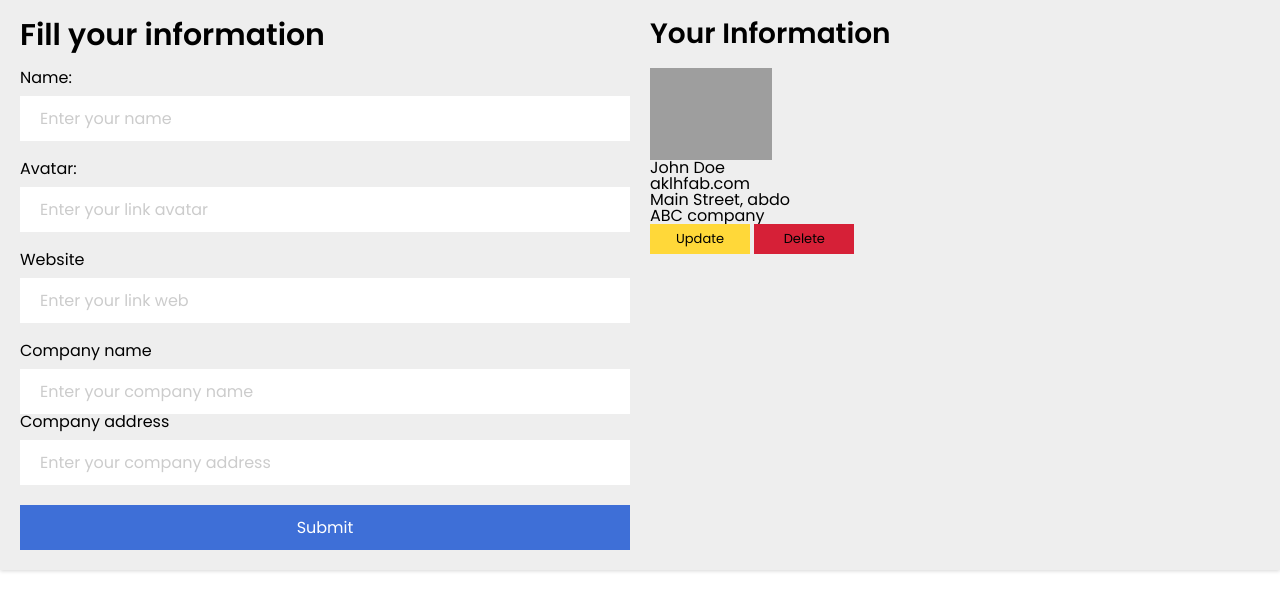
Repository: nttthao9/management
Page: index.html
These files come from the project's save history. The page is drawn as it stood at one moment and after the next save; the edit follows.
The browser window is 1280 px wide. The pictures show the whole page.
Pictures or frames that could not be fetched are drawn as grey boxes. Some web libraries are served in a nearby version.

Above is the page before, as saved 2021-10-13 10:47:04.

### index.html
<!DOCTYPE html>
<html lang="en">

<head>
  <meta charset="UTF-8">
  <meta http-equiv="X-UA-Compatible" content="IE=edge">
  <meta name="viewport" content="width=device-width, initial-scale=1.0">
  <title>Promise</title>
  <link rel="preconnect" href="https://fonts.googleapis.com">
  <link rel="preconnect" href="https://fonts.gstatic.com" crossorigin>
  <link href="https://fonts.googleapis.com/css2?family=Poppins:wght@300;400;500;600&display=swap" rel="stylesheet">
  <link rel="stylesheet" href="https://cdnjs.cloudflare.com/ajax/libs/font-awesome/5.1.0-11/css/all.css"
    integrity="sha512-xO/VZFNBvip9IT+BD6Nq/pHdBvKeFcwygKqARlegjQ+5A68KsMSYrPbGP1oYow5ec9Tqq8peJXcn5J1bD4O00w=="
    crossorigin="anonymous" referrerpolicy="no-referrer" />
  <link rel="stylesheet" href="./.vscode/style.css">
</head>

<body>
  <div class="container">
    <div class="fill-infor">
      <form action="" id="form" autocomplete="off">
        <h2 class="form-title">Fill your information</h2>
        <div class="fill fill-name">
          <label for="name">Name:</label>
          <input type="text" id="name" name="name" autocomplete="off" placeholder="Enter your name">
        </div>
        <div class="fill fill-avatar">
          <label for="avatar">Avatar:</label>
          <input type="text" id="avatar" name="avatar" placeholder="Enter your link avatar">
        </div>
        <div class="fill fill-link">
          <label for="link-web">Website</label>
          <input type="link-web" id="link-web" name="link-web" placeholder="Enter your link web">
        </div>
        <div class="fill fill-company">
          <label for="company">Company name</label>
          <input type="text" id="company-name" name="company-name" placeholder="Enter your company name">
          <label for="company">Company address</label>
          <input type="text" id="company-address" name="company-address" placeholder="Enter your company address">
        </div>
        <input type="submit" value="Submit" class="btn-submit">
      </form>
      <div class="manage">
        <h3 class="filled">Your Information</h3>
        <div class="manage-infor">
          <div class="your-image">
            <img src="http://lorempixel.com/640/480/abstract/" alt="">
          </div>
          <div class="your-name">
            <span class="name">John Doe</span>
          </div>
          <div class="your-link">
            <span class="name">aklhfab.com</span>
          </div>
          <div class="your-address">
            <span class="name">Main Street, abdo</span>
          </div>
          <div class="your-company">
            <span class="name">ABC company</span>
          </div>
          <button type="submit" class="btn btn-update">Update</button>
          <button type="submit" class=" btn btn-delete">Delete</button>
        </div>
      </div>
    </div>
  </div>
  <script src="./main.js"></script>
</body>

</html>

### .vscode/style.css
html {
  box-sizing: border-box;
  font-size: 62.5%;
}
* {
  margin: 0;
  padding: 0;
}
*,
*:before,
*:after {
  box-sizing: border-box;
}
input,
textarea,
select,
button {
  outline: none;
}
input {
  line-height: normal;
}
label,
button {
  cursor: pointer;
}
a {
  text-decoration: none;
}
img {
  display: block;
  max-width: 100%;
}
body {
  font-family: 'Poppins', sans-serif;
  line-height: 1;
  font-size: 1.6rem;
}
.container {
  padding: 2rem;
  background-color: #eee;
  box-shadow: rgba(0, 0, 0, 0.16) 0px 1px 4px;
}
.btn {
  padding: 5px 1rem;
  border: 0;
  font-size: 1.3rem;
  font-family: 'Poppins', sans-serif;
  cursor: pointer;
  transition: all 0.25s linear;
  width: 10rem;
}
.btn:hover {
  color: #333;
}
.fill-infor {
  display: flex;
  justify-content: space-between;
}
.image {
  width: 50%;
}
img {
  width: 100%;
}
#form {
  width: 50%;
}
.form-title {
  font-size: 3rem;
  margin-bottom: 2rem;
}
.fill {
  margin-bottom: 2rem;
}
.fill-btn {
  display: flex;
  justify-content: space-between;
}
label,
input {
  display: block;
}
label {
  margin-bottom: 1rem;
}
input {
  width: 100%;
  padding: 1rem 2rem;
  border: 0;
  font-size: 1.6rem;
  font-family: 'Poppins', sans-serif;
  color: #333;
}
input::-webkit-input-placeholder {
  color: #ccc;
}
input::-moz-placeholder {
  color: #ccc;
}
input:-ms-input-placeholder {
  color: #ccc;
}
input::-ms-input-placeholder {
  color: #ccc;
}
input::placeholder {
  color: #ccc;
}
.btn-submit {
  width: 100%;
  font-size: 1.6rem;
  background-color: #3e6fd7;
  color: white;
}
.btn-cancel {
  font-size: 1.6rem;
  background-color: #ee4d2d;
  width: 100%;
  color: white;
}
.manage {
  width: 50%;
  margin-left: 2rem;
}
.infor-item {
  display: flex;
  /* justify-content: space-between; */
  align-items: center;
}
.infor-desc {
  margin: 0 2rem;
}
.infor-desc span {
  display: block;
  margin: 1rem 0;
}
.button {
  margin-left: auto;
}
.filled {
  font-size: 2.8rem;
  margin-bottom: 2rem;
}
.your-image {
  width: 20%;
  /* height: 5rem; */
}

.btn-update {
  background-color: #ffd839;
  margin-bottom: 1rem;
}
.btn-delete {
  background-color: #d62037;
}

Loaded but not shown: main.js (no stored copy; drawn as an empty file)

After the next save:
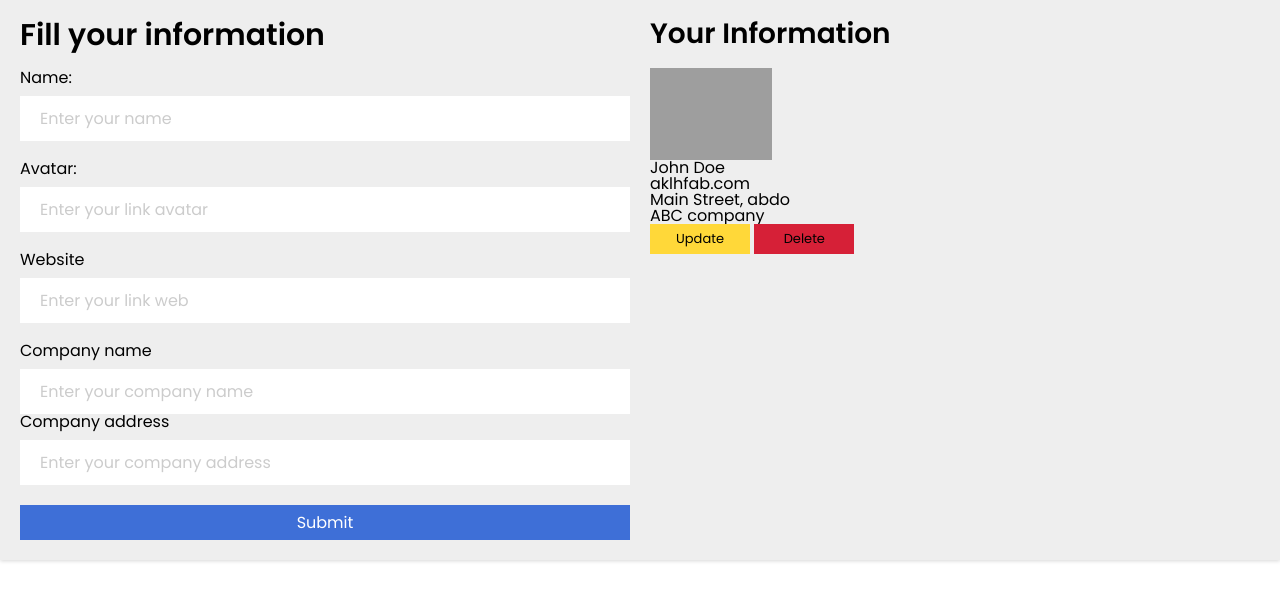
Saved 6 min 30 s later.
--- a/index.html
+++ b/index.html
@@ -38,7 +38,8 @@
           <label for="company">Company address</label>
           <input type="text" id="company-address" name="company-address" placeholder="Enter your company address">
         </div>
-        <input type="submit" value="Submit" class="btn-submit">
+        <button type="submit" class=" btn btn-submit">Submit</button>
+
       </form>
       <div class="manage">
         <h3 class="filled">Your Information</h3>
